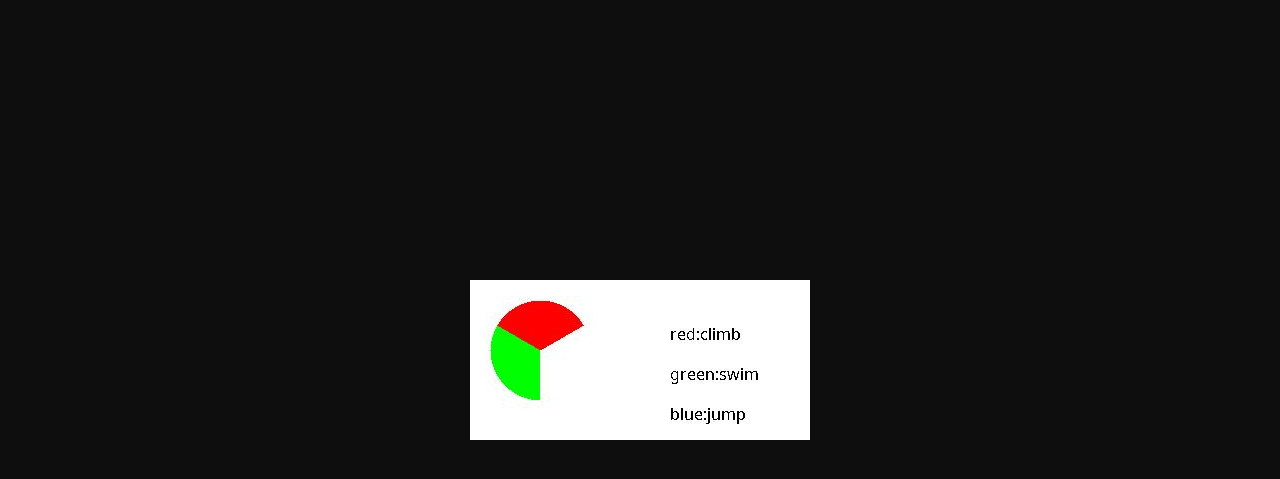
Repository: frankstar007/java
Page: http://localhost/CommentBoard/tu.jsp
The author's editor kept a copy of each file at every save. The page is drawn from the files as they stood at one save, then again after the next save.
The browser window is 1280 px wide. The pictures show the whole page.
The page is served by Tomcat 9. Other server files are loaded and not shown.

Above is the page before, as saved 2016-05-16 02:08:07.

### CommentBoard/WebContent/tu.jsp
<%@page import="java.awt.Font"%>
<%@page import="javax.imageio.ImageIO"%>
<%@page import="java.awt.Color"%>
<%@page import="java.awt.Graphics"%>
<%@page import="java.awt.image.BufferedImage"%>
    <%@ page contentType="image/jpeg" language="java" %>
<!DOCTYPE html PUBLIC "-//W3C//DTD HTML 4.01 Transitional//EN" "http://www.w3.org/TR/html4/loose.dtd">
<html>
<head>
<meta http-equiv="Content-Type" content="text/html; charset=UTF-8">
<title>画图</title>
</head>
<body>
	<%
		BufferedImage image = new BufferedImage(340,160,BufferedImage.TYPE_INT_RGB);
		Graphics graphics = image.getGraphics();
		graphics.fillRect(0, 0, 400, 400);
		graphics.setColor(new Color(255,0,0));
		graphics.fillArc(20, 20, 100, 100, 30, 120);
		graphics.setColor(new Color(0,255,0));
		graphics.fillArc(20, 20, 100, 100, 150, 120);
		graphics.setColor(new Color(0,0,255));
		graphics.fillArc(20, 20, 1000, 100, 270, 120);
		graphics.setColor(new Color(0,0,0));
		graphics.setFont(new Font("Arial Black", Font.PLAIN, 16));
		graphics.drawString("red:climb", 200, 60);
		graphics.drawString("green:swim", 200, 100);
		graphics.drawString("blue:jump", 200, 140);
		graphics.dispose();



		ImageIO.write(image, "jpeg", response.getOutputStream());
	%>
</body>
</html>

After the next save:
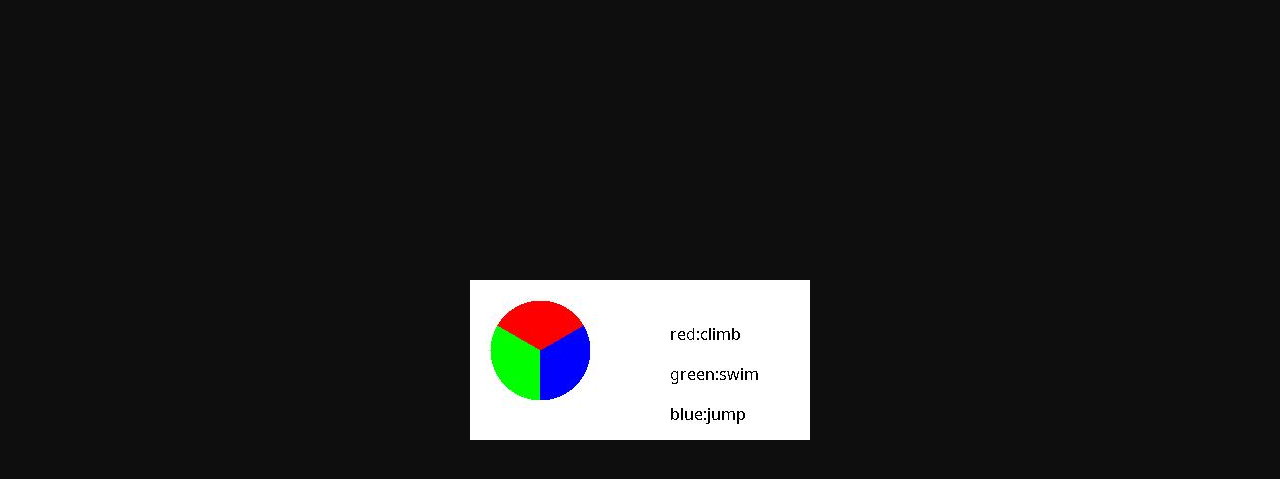
Saved 48 s later.
--- a/CommentBoard/WebContent/tu.jsp
+++ b/CommentBoard/WebContent/tu.jsp
@@ -20,7 +20,7 @@
 		graphics.setColor(new Color(0,255,0));
 		graphics.fillArc(20, 20, 100, 100, 150, 120);
 		graphics.setColor(new Color(0,0,255));
-		graphics.fillArc(20, 20, 1000, 100, 270, 120);
+		graphics.fillArc(20, 20, 100, 100, 270, 120);
 		graphics.setColor(new Color(0,0,0));
 		graphics.setFont(new Font("Arial Black", Font.PLAIN, 16));
 		graphics.drawString("red:climb", 200, 60);
